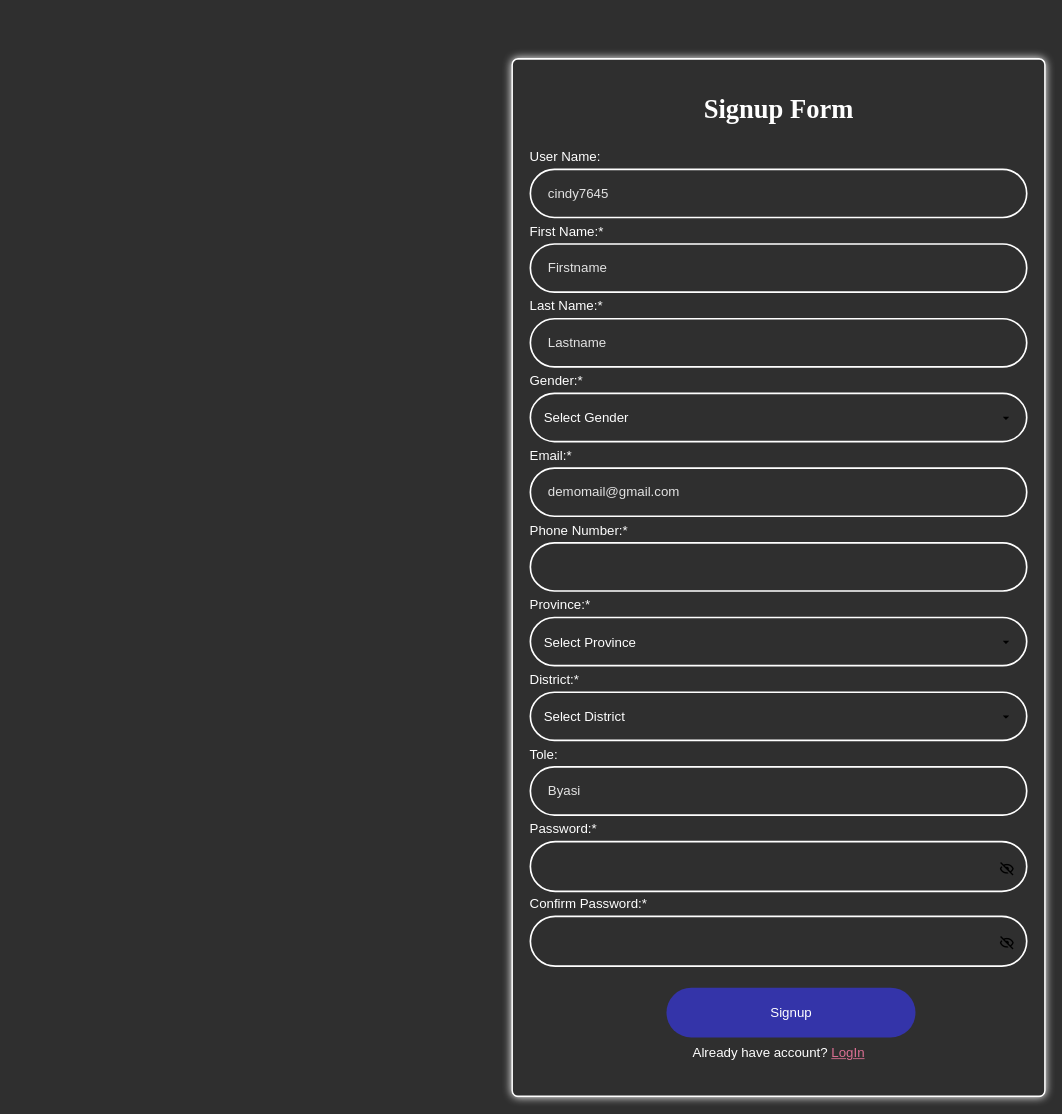
Repository: cindrellakoju/Animestore
Page: html css/signup.html
The author's editor kept a copy of each file at every save. The page is drawn from the files as they stood at one save, then again after the next save.
The browser window is 1280 px wide. The pictures show the whole page, at 83% of full size.

Above is the page before, as saved 2024-04-07 01:51:41.

After the next save:
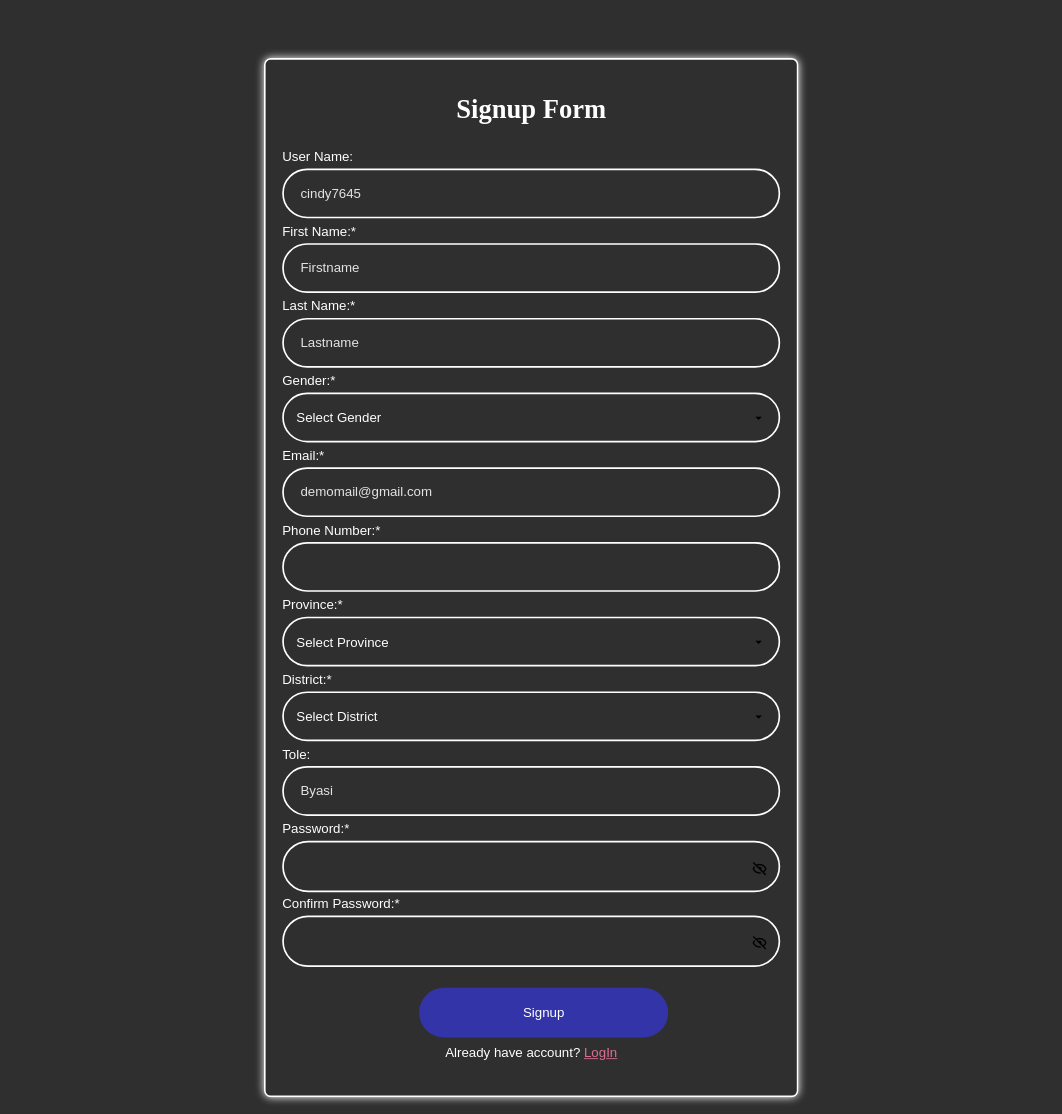
Saved 11 s later.
--- a/html css/signup.css
+++ b/html css/signup.css
@@ -11,7 +11,8 @@
   .container {
     margin-top: 50px;
     max-width: 600px;
-    margin-left:  auto;
+    margin-left: auto;
+    margin-right: auto;
     /* background: #fff; */
     padding: 20px;
     border-radius: 8px;
